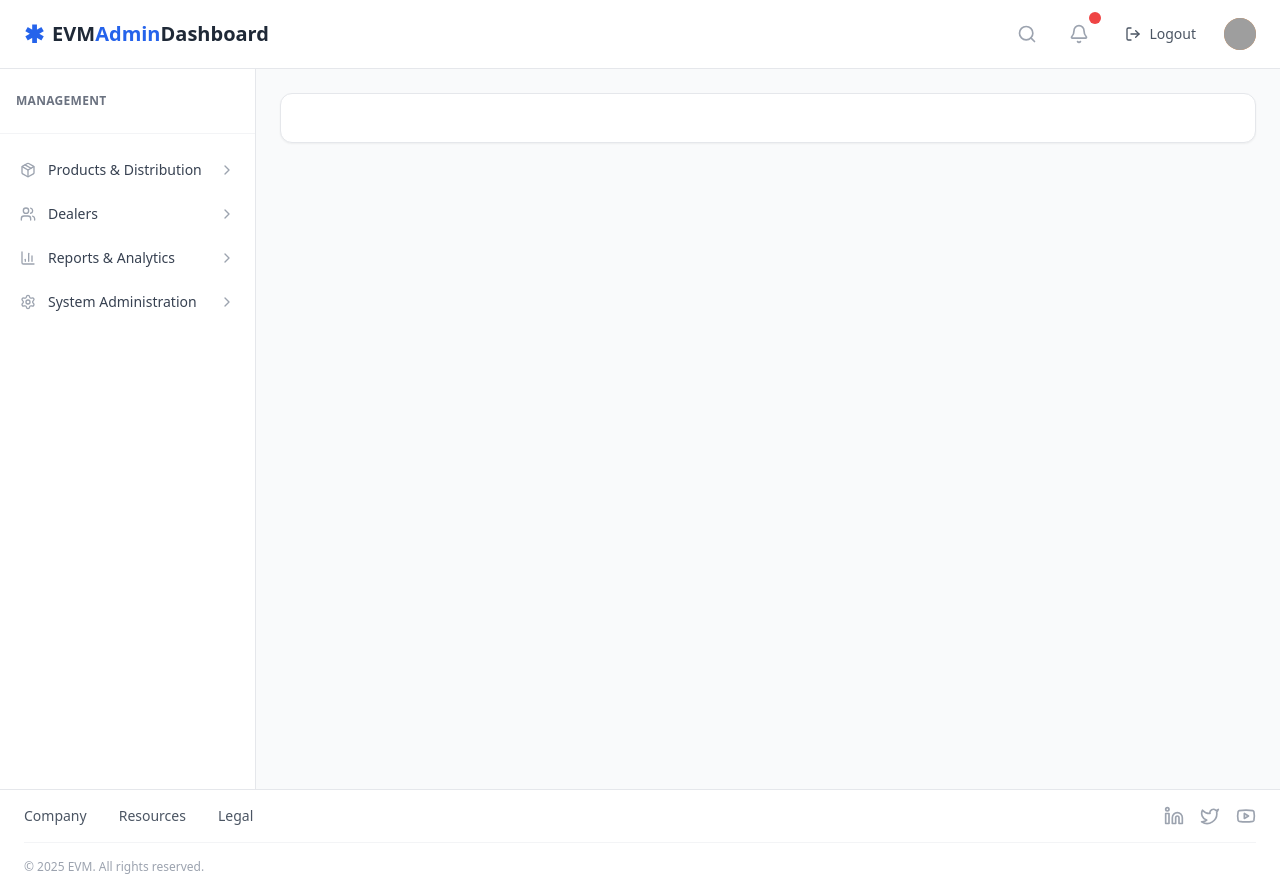
Repository: LeHuyVuu/ev-management-frontend
Page: /evm
These files come from the project's save history. The page is drawn as it stood at one moment and after the next save; the edit follows.
The browser window is 1280 px wide. The pictures show the whole page.
Pictures or frames that could not be fetched are drawn as grey boxes. Some web libraries are served in a nearby version. The project was rebuilt for these pictures with package versions that can differ from the ones it lists, and the page was loaded fresh each time. Also part of the build but not shown: vite.config.js, src/app/layouts/Header/DealerHeader.jsx, src/app/layouts/Footer/DealerFooter.jsx, src/app/layouts/Sidebar/DealerSidebar.jsx, src/app/layouts/DealerLayout.jsx, src/app/pages/Dealer/Manager Dealer/components/DashboardStats.jsx, src/app/pages/Dealer/Manager Dealer/components/MonthlyRevenueChart.jsx, src/app/pages/Dealer/Manager Dealer/components/EmployeeSalesTable.jsx and 38 more.

Above is the page before, as saved 2025-09-12 22:23:28.

After the next save:
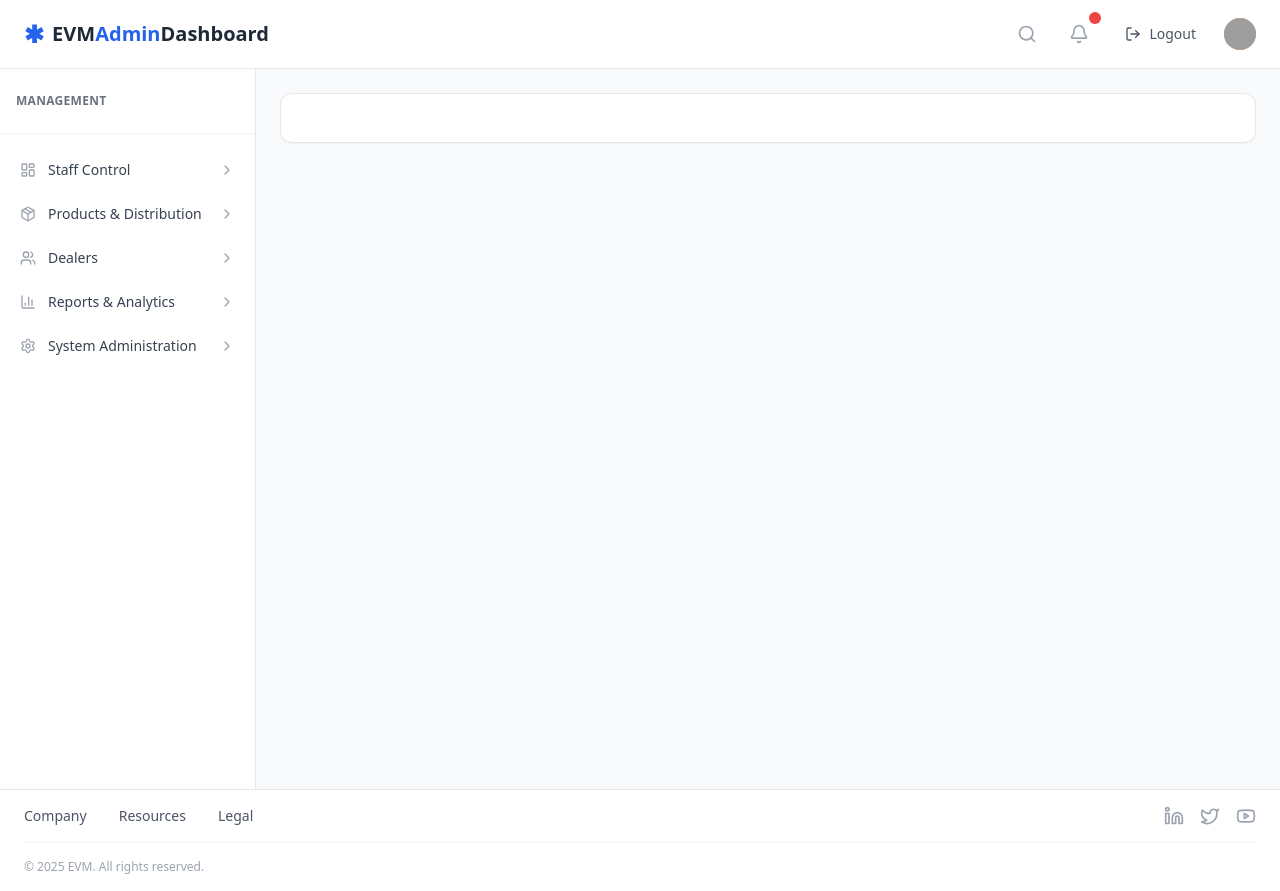
Saved 3 min 45 s later.
--- a/src/app/layouts/Sidebar/EVMSidebar.jsx
+++ b/src/app/layouts/Sidebar/EVMSidebar.jsx
@@ -16,10 +16,22 @@ import {
   Package2,
   Brain,
   UserCog,
-  Shield
+  Shield,
+  LayoutDashboard, // 👈 icon mới cho Staff Control
 } from 'lucide-react';
 
 const menuItems = [
+  {
+    id: 'staff',
+    label: 'Staff Control',
+    icon: <LayoutDashboard className="w-4 h-4" />,
+    children: [
+      { label: 'Dashboard', icon: <LayoutDashboard className="w-4 h-4" /> },
+      { label: 'EV Models', icon: <Package className="w-4 h-4" /> },
+      { label: 'Dealer Inventory', icon: <Users className="w-4 h-4" /> },
+      { label: 'Distribution Orders', icon: <FileText className="w-4 h-4" /> },
+    ]
+  },
   {
     id: 'products',
     label: 'Products & Distribution',
